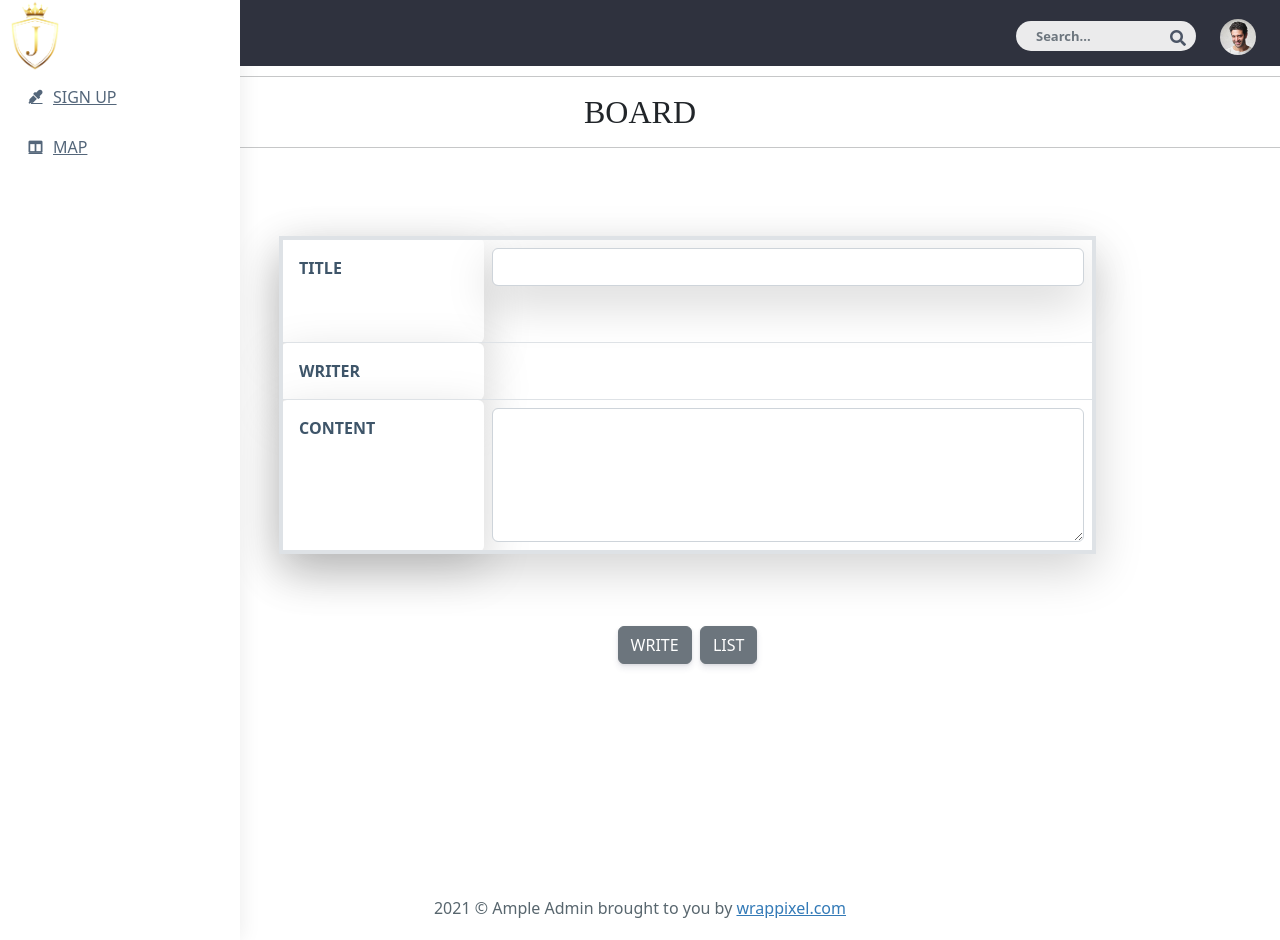
Repository: chopilyeon/HanaOpenBanking
Page: http://localhost/OpenBanking/jsp/board/boardWriteForm.jsp
These files come from the project's save history. The page is drawn as it stood at one moment and after the next save; the edit follows.
The browser window is 1280 px wide. The pictures show the whole page.
Some web fonts or font styles are not loaded; a fallback is used. The page is served by Tomcat 9. Other server files are loaded and not shown.

Above is the page before, as saved 2022-07-27 14:28:30.
Console error: ReferenceError: $ is not defined

### OpenBanking/src/main/webapp/jsp/board/boardWriteForm.jsp
<%@ page language="java" contentType="text/html; charset=UTF-8"
    pageEncoding="UTF-8"%>
<%@ taglib prefix="c" uri="http://java.sun.com/jsp/jstl/core" %>
<!DOCTYPE html>
<html>
<head>
<meta charset="utf-8">
    <meta http-equiv="X-UA-Compatible" content="IE=edge">
    <!-- Tell the browser to be responsive to screen width -->
    <meta name="viewport" content="width=device-width, initial-scale=1">
    <meta name="keywords"
        content="wrappixel, admin dashboard, html css dashboard, web dashboard, bootstrap 5 admin, bootstrap 5, css3 dashboard, bootstrap 5 dashboard, Ample lite admin bootstrap 5 dashboard, frontend, responsive bootstrap 5 admin template, Ample admin lite dashboard bootstrap 5 dashboard template">
    <meta name="description"
        content="Ample Admin Lite is powerful and clean admin dashboard template, inpired from Bootstrap Framework">
    <meta name="robots" content="noindex,nofollow">
    <title>J investment bank</title>
    <link rel="canonical" href="https://www.wrappixel.com/templates/ample-admin-lite/" />
    <!-- Favicon icon -->
    <link rel="icon" type="image/png" sizes="16x16" href="/OpenBanking/resources/images/favicon.png">
    <!-- Custom CSS -->
    <link href="/OpenBanking/resources/css/chartist.min.css" rel="stylesheet">
    <link rel="stylesheet" href="/OpenBanking/resources/css/chartist-plugin-tooltip.css">
    <!-- Custom CSS -->
    <link href="/OpenBanking/resources/css/style.min.css" rel="stylesheet">
    <link href="/OpenBanking/resources/css/onlyForMe.css" rel="stylesheet">
    <!-- CSS only -->
    <link href="https://cdn.jsdelivr.net/npm/bootstrap@5.2.0-beta1/dist/css/bootstrap.min.css" rel="stylesheet" integrity="sha384-0evHe/X+R7YkIZDRvuzKMRqM+OrBnVFBL6DOitfPri4tjfHxaWutUpFmBp4vmVor" crossorigin="anonymous">



<!-- JavaScript Bundle with Popper -->
<script src="https://cdn.jsdelivr.net/npm/bootstrap@5.2.0-beta1/dist/js/bootstrap.bundle.min.js" integrity="sha384-pprn3073KE6tl6bjs2QrFaJGz5/SUsLqktiwsUTF55Jfv3qYSDhgCecCxMW52nD2" crossorigin="anonymous"></script>

 <!-- FONT -->
<link rel="preconnect" href="https://fonts.googleapis.com">
<link rel="preconnect" href="https://fonts.gstatic.com" crossorigin>
<link href="https://fonts.googleapis.com/css2?family=Libre+Baskerville:ital@1&display=swap" rel="stylesheet">



<script>
	$(document).ready(function(){
		$('#listBtn').click(function(){
			location.href="${pageContext.request.contextPath}/board/list.do"
		})

	})

	 function checkForm(){

		let f = document.writeForm
		if(f.title.value==''){
			document.getElementById("trigger").click();
			f.title.focus()
			return false
		}

		if(f.content.value==''){
			document.getElementById("trigger").click();
			f.content.focus()
			return false
		}
		return true;
	}
</script>


</head>
<body>


	<jsp:include page="/jsp/include/topAndSide.jsp" />

	<section class="">

		<div align="center" class="">
		<hr>
		<h2 class="">BOARD</h2>
		<hr>
		<br>


		<div class="d-flex justify-content-center">

			<div class="container">
				<div class="row">
				<div class="col-md-1"></div>
					<div class="col-md-11">



	<form action="${pageContext.request.contextPath}/board/writeProcess.do" method="post" name="writeForm" onsubmit="return checkForm()" class="mt-5">

		<input type="hidden" name ="id" value="${userVO.id}" >
		<table border="1" style="width:80%" class="table border border-4 shadow-lg p-3 mb-5 bg-body rounded">
			<tr>

				<th class="shadow-lg p-3 mb-5 bg-body rounded">TITLE</th>
				<td><input type="text" name="title" class="form-control input-sm shadow-lg p-3 mb-5 bg-body rounded"></td>


			</tr>
			<tr>

				<th width ="25%" class="ml-5 shadow-lg p-3 mb-5 bg-body rounded">WRITER</th>
				<td>${userVO.id }</td>

			</tr>
			<tr>
				<th width ="25%" class="ml-5 shadow-lg p-3 mb-5 bg-body rounded">CONTENT</th>
				<td>
					<textarea rows="5" cols="80" name="content" class="form-control md-textarea"></textarea>
				</td>
			</tr>
		</table>
		<br>
		<input type="submit" value="WRITE" class="btn btn-secondary">&nbsp;

	<form>

	<button id="listBtn" class="btn btn-secondary">LIST</button>
	</div>
	</div>
	</div>
	</div>


		<!-- Button trigger modal -->
	<button type="button" class="btn btn-primary" id="trigger" data-bs-toggle="modal" data-bs-target="#exampleModal">
 		 Launch demo modal
	</button>


	<!-- Modal -->
	<div class="modal fade" id="exampleModal" tabindex="-1" aria-labelledby="exampleModalLabel" aria-hidden="true">
  		<div class="modal-dialog">
    		<div class="modal-content py-5">
    			 <div class="modal-body">
     	 			 <p class="fs-6 text-center">PLEASE WRITE TITLE AND CONTENT</p>

     	 			 <p class="fs-6 text-center">THANK YOU   ${userVO.id}! <p>



     			</div>
   			 </div>
  		</div>
	</div>






</section>

















	</section>








	<jsp:include page="/jsp/include/footer.jsp" />


<script>





document.addEventListener("DOMContentLoaded",()=>{

 	document.getElementById("trigger").style.display = 'none';
	document.getElementById("click").style.display = 'none';


 	const fail = document.getElementById("fail");

 	fail.addEventListener("click",()=>{
 		document.getElementById("click").click();
 	});



 });

</script>







 <script src="/OpenBanking/resources/js/jquery.min.js"></script>
    <!-- Bootstrap tether Core JavaScript -->
    <script src="/OpenBanking/resources/js/bootstrap.bundle.min.js"></script>
    <script src="/OpenBanking/resources/js/app-style-switcher.js"></script>
    <script src="/OpenBanking/resources/js/jquery.sparkline.min.js"></script>
    <!--Wave Effects -->
    <script src="/OpenBanking/resources/js/waves.js"></script>
    <!--Menu sidebar -->
    <script src="/OpenBanking/resources/js/sidebarmenu.js"></script>
    <!--Custom JavaScript -->
    <script src="/OpenBanking/resources/js/custom.js"></script>
    <!--This page JavaScript -->
    <!--chartis chart-->
    <script src="/OpenBanking/resources/js/chartist.min.js"></script>
    <script src="/OpenBanking/resources/js/chartist-plugin-tooltip.min.js"></script>
    <script src="/OpenBanking/resources/js/dashboard1.js"></script>




</body>
</html>

### OpenBanking/src/main/webapp/jsp/include/topAndSide.jsp
<%@ page language="java" contentType="text/html; charset=UTF-8"
    pageEncoding="UTF-8"%>
<%@ taglib prefix="c" uri="http://java.sun.com/jsp/jstl/core" %>

  <!-- ============================================================== -->
    <!-- Preloader - style you can find in spinners.css -->
    <!-- ============================================================== -->
    <div class="preloader">
        <div class="lds-ripple">
            <div class="lds-pos"></div>
            <div class="lds-pos"></div>
        </div>
    </div>
    <!-- ============================================================== -->
    <!-- Main wrapper - style you can find in pages.scss -->
    <!-- ============================================================== -->
    <div id="main-wrapper" data-layout="vertical" data-navbarbg="skin5" data-sidebartype="full"
        data-sidebar-position="absolute" data-header-position="absolute" data-boxed-layout="full">
        <!-- ============================================================== -->
        <!-- Topbar header - style you can find in pages.scss -->
        <!-- ============================================================== -->
        <header class="topbar" data-navbarbg="skin5">
            <nav class="navbar top-navbar navbar-expand-md navbar-dark">
                <div class="navbar-header" data-logobg="skin6">
                    <!-- ============================================================== -->
                    <!-- Logo -->
                    <!-- ============================================================== -->
                    <a class="navbar-brand" href="${pageContext.request.contextPath}/welcome.do">
                        <!-- Logo icon -->
                        <b class="logo-icon">
                            <!-- Dark Logo icon -->
                            <img src="/OpenBanking/resources/images/J_LOGO.png" alt="homepage" width="50" class="rounded mx-auto d-block">
                        </b>
                        <!--End Logo icon -->
                        <!-- Logo text -->
                        <span class="">
                            <!-- dark Logo text -->

                        </span>
                    </a>
                    <!-- ============================================================== -->
                    <!-- End Logo -->
                    <!-- ============================================================== -->
                    <!-- ============================================================== -->
                    <!-- toggle and nav items -->
                    <!-- ============================================================== -->
                    <a class="nav-toggler waves-effect waves-light text-dark d-block d-md-none"
                        href="javascript:void(0)"><i class="ti-menu ti-close"></i></a>
                </div>
                <!-- ============================================================== -->
                <!-- End Logo -->
                <!-- ============================================================== -->
                <div class="navbar-collapse collapse" id="navbarSupportedContent" data-navbarbg="skin5">

                    <!-- ============================================================== -->
                    <!-- Right side toggle and nav items -->
                    <!-- ============================================================== -->
                    <ul class="navbar-nav ms-auto d-flex align-items-center">

                        <!-- ============================================================== -->
                        <!-- Search -->
                        <!-- ============================================================== -->
                        <li class=" in">
                            <form role="search" class="app-search d-none d-md-block me-3">
                                <input type="text" placeholder="Search..." class="form-control mt-0">
                                <a href="#" class="active">
                                    <i class="fa fa-search"></i>
                                </a>
                            </form>
                        </li>
                        <!-- ============================================================== -->
                        <!-- User profile and search -->
                        <!-- ============================================================== -->
                        <li>
                            <a class="profile-pic" href="#">
                                <img src="/OpenBanking/resources/images/users/varun.jpg" alt="user-img" width="36"
                                    class="img-circle"><span class="text-white font-medium f-3">${userVO.id}</span></a>
                        </li>

                    <c:if test="${ not empty userVO }">
                        <li>
                            <a href="${pageContext.request.contextPath}/logout.do">
                              <button type="button" class="btn btn-primary btn-sm m-2">LOGOUT</button>
                            </a>
                        </li>

                	 </c:if>
                        <!-- ============================================================== -->
                        <!-- User profile and search -->
                        <!-- ============================================================== -->
                    </ul>
                </div>
            </nav>
        </header>
        <!-- ============================================================== -->
        <!-- End Topbar header -->
        <!-- ============================================================== -->
        <!-- ============================================================== -->
        <!-- Left Sidebar - style you can find in sidebar.scss  -->
        <!-- ============================================================== -->
        <aside class="left-sidebar" data-sidebarbg="skin6">
            <!-- Sidebar scroll-->
            <div class="scroll-sidebar">
                <!-- Sidebar navigation-->

                <nav class="sidebar-nav navbar">
                    <ul id="sidebarnav">
                        <!-- User Profile-->
                        <c:if test="${userVO.openBanking eq 'Y' }">

                        	<li class="sidebar-item pt-2">
                            	<a class="sidebar-link waves-effect waves-dark sidebar-link" href="${pageContext.request.contextPath}/Member/DashBoard.do"
                                	aria-expanded="false">
                                		<i class="far fa-clock" aria-hidden="true"></i>
                                	<span class="hide-menu">ASSET STATUS</span>
                            	</a>
                        	</li>
                        </c:if>


              	 		<c:choose>
							<c:when test="${ not empty userVO }">

                        <li class="sidebar-item">
                            <a class="sidebar-link waves-effect waves-dark sidebar-link" href="${pageContext.request.contextPath}/Member/checkInfo.do"
                                aria-expanded="false">
                                <i class="fa fa-user" aria-hidden="true"></i>
                                <span class="hide-menu">MEMBER INFO</span>
                            </a>
                        </li>



                         <li class="sidebar-item">
                            <a class="sidebar-link waves-effect waves-dark sidebar-link" href="${pageContext.request.contextPath}/bank/openBank.do"
                                aria-expanded="false">
                                <i class="fa fa-globe" aria-hidden="true"></i>
                                <span class="hide-menu">BANK SERVICE</span>
                            </a>
                        </li>




                        <li class="sidebar-item">
                            <a class="sidebar-link waves-effect waves-dark sidebar-link" href="${pageContext.request.contextPath}/board/list.do"
                                aria-expanded="false">
                                <i class="fas fa-eye-dropper" aria-hidden="true"></i>
                                <span class="hide-menu">Q&A</span>
                            </a>
                        </li>



    					 </c:when>
          					<c:otherwise>

                        <li class="sidebar-item">
                            <a class="sidebar-link waves-effect waves-dark sidebar-link" href="${pageContext.request.contextPath}/login.do"
                                aria-expanded="false">
                                <i class=" fas fa-eye-dropper" aria-hidden="true"></i>
                                <span class="hide-menu">SIGN UP</span>
                            </a>
                        </li>

                         <li class="sidebar-item">
                            <a class="sidebar-link waves-effect waves-dark sidebar-link" href="${pageContext.request.contextPath}/map.do"
                                aria-expanded="false">
                                <i class="fa fa-columns" aria-hidden="true"></i>
                                <span class="hide-menu">MAP</span>
                            </a>
                        </li>



              			</c:otherwise>
         			</c:choose>

                    </ul>

                </nav>
                <!-- End Sidebar navigation -->
            </div>
            <!-- End Sidebar scroll-->
        </aside>
        <!-- ============================================================== -->
        <!-- End Left Sidebar - style you can find in sidebar.scss  -->
        <!-- ============================================================== -->
        <!-- ============================================================== -->
        <!-- Page wrapper  -->
        <!-- ============================================================== -->

### OpenBanking/src/main/webapp/jsp/include/footer.jsp
<%@ page language="java" contentType="text/html; charset=UTF-8"
    pageEncoding="UTF-8"%>
  <footer class="footer text-center">
  	2021 © Ample Admin brought to you by <a href="#">wrappixel.com</a>
  </footer>

### OpenBanking/src/main/webapp/resources/css/onlyForMe.css
@charset "UTF-8";

body,h2,h3,h4,h5{
	font-family: 'Libre Baskerville', serif;
}

.btn btn-primary{

	font-family: 'Libre Baskerville', serif;

}

h3,p{

	font-family: 'Libre Baskerville', serif;

}





.onlyfor{
	background:url('../images/city.jpg');
	background-size:cover;

}




.onlyfor1{
	background:url('../images/river.jpg');
	background-size:cover;

}




section{
	min-height:800px;

}

.carousel-item{
	height:900px;
}



.carousel-image-1{
	background:url('/OpenBanking/resources/images/city1.jpg');
	background-size:cover;
}

.carousel-image-2{
		background:url('/OpenBanking/resources/images/picture2.jpg');
		background-size:cover;
}

.carousel-image-3{

		background:url('/OpenBanking/resources/images/coffee.jpg');
		background-size:cover;
}



.highcharts-figure,
.highcharts-data-table table {
  min-width: 360px;
  max-width: 800px;
  margin: 1em auto;
}

.highcharts-data-table table {
  font-family: Verdana, sans-serif;
  border-collapse: collapse;
  border: 1px solid #ebebeb;
  margin: 10px auto;
  text-align: center;
  width: 100%;
  max-width: 500px;
}

.highcharts-data-table caption {
  padding: 1em 0;
  font-size: 1.2em;
  color: #555;
}

.highcharts-data-table th {
  font-weight: 600;
  padding: 0.5em;
}

.highcharts-data-table td,
.highcharts-data-table th,
.highcharts-data-table caption {
  padding: 0.5em;
}

.highcharts-data-table thead tr,
.highcharts-data-table tr:nth-child(even) {
  background: #f8f8f8;
}

.highcharts-data-table tr:hover {
  background: #f1f7ff;
}

### OpenBanking/src/main/webapp/resources/js/sidebarmenu.js
/*
Template Name: Admin Template
Author: Wrappixel

File: js
*/
// ==============================================================
// Auto select left navbar
// ==============================================================
$(function() {
    "use strict";
     var url = window.location + "";
        var path = url.replace(window.location.protocol + "//" + window.location.host + "/", "");
        var element = $('ul#sidebarnav a').filter(function() {
            return this.href === url || this.href === path;// || url.href.indexOf(this.href) === 0;
        });
        element.parentsUntil(".sidebar-nav").each(function (index)
        {
            if($(this).is("li") && $(this).children("a").length !== 0)
            {
                $(this).children("a").addClass("active");
                $(this).parent("ul#sidebarnav").length === 0
                    ? $(this).addClass("active")
                    : $(this).addClass("selected");
            }
            else if(!$(this).is("ul") && $(this).children("a").length === 0)
            {
                $(this).addClass("selected");

            }
            else if($(this).is("ul")){
                $(this).addClass('in');
            }

        });

    element.addClass("active");
    $('#sidebarnav a').on('click', function (e) {

            if (!$(this).hasClass("active")) {
                // hide any open menus and remove all other classes
                $("ul", $(this).parents("ul:first")).removeClass("in");
                $("a", $(this).parents("ul:first")).removeClass("active");

                // open our new menu and add the open class
                $(this).next("ul").addClass("in");
                $(this).addClass("active");

            }
            else if ($(this).hasClass("active")) {
                $(this).removeClass("active");
                $(this).parents("ul:first").removeClass("active");
                $(this).next("ul").removeClass("in");
            }
    })
    $('#sidebarnav >li >a.has-arrow').on('click', function (e) {
        e.preventDefault();
    });

});

### OpenBanking/src/main/webapp/resources/js/custom.js
$(function() {
    "use strict";

    $(".preloader").fadeOut();
    // this is for close icon when navigation open in mobile view
    $(".nav-toggler").on('click', function() {
        $("#main-wrapper").toggleClass("show-sidebar");
        $(".nav-toggler i").toggleClass("ti-menu");
    });
    $(".search-box a, .search-box .app-search .srh-btn").on('click', function() {
        $(".app-search").toggle(200);
        $(".app-search input").focus();
    });

    // ==============================================================
    // Resize all elements
    // ==============================================================
    $("body, .page-wrapper").trigger("resize");
    $(".page-wrapper").delay(20).show();

    //****************************
    /* This is for the mini-sidebar if width is less then 1170*/
    //****************************
    var setsidebartype = function() {
        var width = (window.innerWidth > 0) ? window.innerWidth : this.screen.width;
        if (width < 1170) {
            $("#main-wrapper").attr("data-sidebartype", "mini-sidebar");
        } else {
            $("#main-wrapper").attr("data-sidebartype", "full");
        }
    };
    $(window).ready(setsidebartype);
    $(window).on("resize", setsidebartype);

});

Loaded but not shown: OpenBanking/src/main/webapp/resources/css/chartist.min.css (library); OpenBanking/src/main/webapp/resources/css/chartist-plugin-tooltip.css (common file); OpenBanking/src/main/webapp/resources/css/style.min.css (library); OpenBanking/src/main/webapp/resources/css/icons/font-awesome/css/fontawesome-all.min.css (library); OpenBanking/src/main/webapp/resources/css/icons/themify-icons/themify-icons.css (common file); OpenBanking/src/main/webapp/resources/js/jquery.min.js (library); OpenBanking/src/main/webapp/resources/js/bootstrap.bundle.min.js (library); OpenBanking/src/main/webapp/resources/js/app-style-switcher.js (common file); OpenBanking/src/main/webapp/resources/js/jquery.sparkline.min.js (library); OpenBanking/src/main/webapp/resources/js/waves.js (library); OpenBanking/src/main/webapp/resources/js/chartist.min.js (library); OpenBanking/src/main/webapp/resources/js/chartist-plugin-tooltip.min.js (library); OpenBanking/src/main/webapp/resources/js/dashboard1.js (79 lines, source omitted)

After the next save:
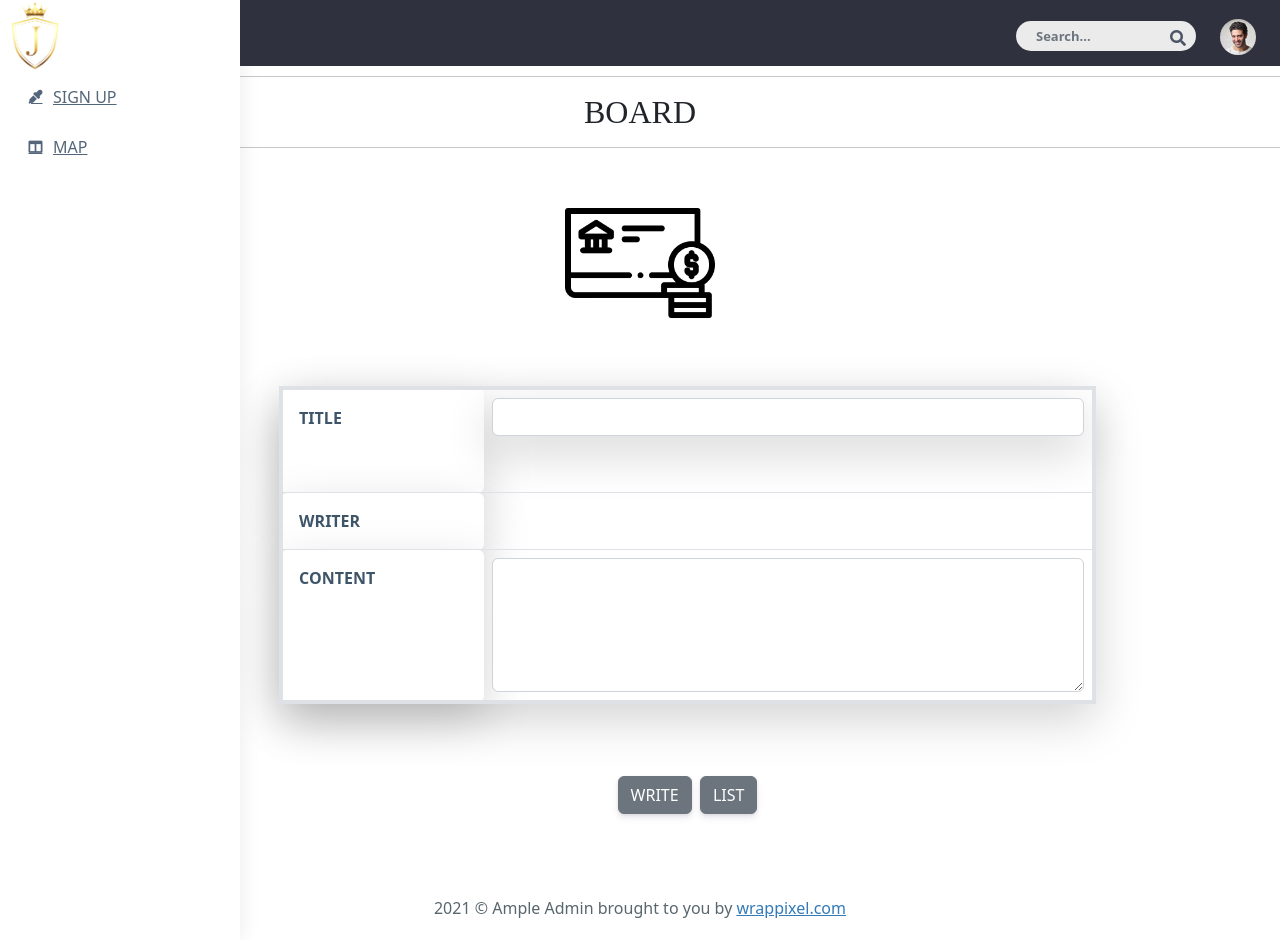
Saved 39 s later.
--- a/OpenBanking/src/main/webapp/jsp/board/boardWriteForm.jsp
+++ b/OpenBanking/src/main/webapp/jsp/board/boardWriteForm.jsp
@@ -78,7 +78,9 @@
 		<h2 class="">BOARD</h2>
 		<hr>
 		<br>
-
+		<div class="d-flex justify-content-center">
+		<img src="/OpenBanking/resources/images/bank.png" width="150" alt="homepage" />
+	</div>
 
 		<div class="d-flex justify-content-center">
 
